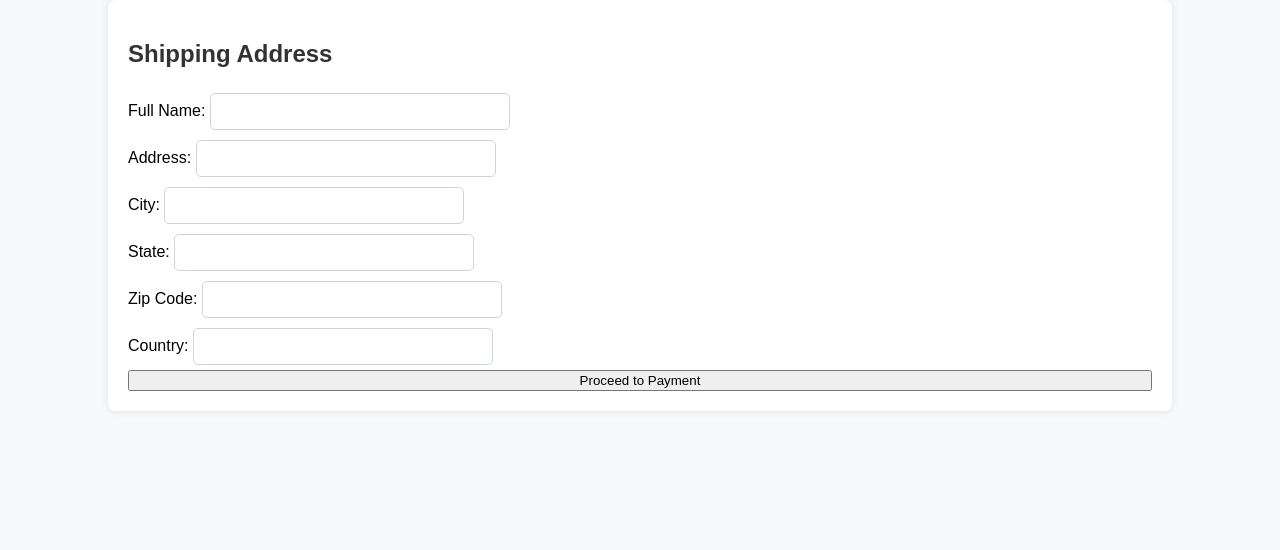
Repository: sairam468/Java-Technologies--Servlet-and-JSP-Programs
Page: http://localhost/SAIBOOK_App/OrderAddress.jsp
The author's editor kept a copy of each file at every save. The page is drawn from the files as they stood at one save, then again after the next save.
The browser window is 1280 px wide. The pictures show the whole page.
The page is served by Tomcat 9.

Above is the page before, as saved 2024-11-02 09:18:38.

### SAIBOOK_App/src/main/webapp/OrderAddress.jsp
<%@ page language="java" contentType="text/html; charset=UTF-8" pageEncoding="UTF-8"%>
<!DOCTYPE html>
<html>
<head>
    <meta charset="UTF-8">
    <title>Order Address</title>
    <link rel="stylesheet" type="text/css" href="styles.css">
</head>
<body>
    <div class="container">
        <h2>Shipping Address</h2>
        <form action="OrderPayment.jsp" method="post">
            <div class="form-group">
                <label for="name">Full Name:</label>
                <input type="text" id="name" name="name" required>
            </div>
            <div class="form-group">
                <label for="address">Address:</label>
                <input type="text" id="address" name="address" required>
            </div>
            <div class="form-group">
                <label for="city">City:</label>
                <input type="text" id="city" name="city" required>
            </div>
            <div class="form-group">
                <label for="state">State:</label>
                <input type="text" id="state" name="state" required>
            </div>
            <div class="form-group">
                <label for="zipcode">Zip Code:</label>
                <input type="text" id="zipcode" name="zipcode" required>
            </div>
            <div class="form-group">
                <label for="country">Country:</label>
                <input type="text" id="country" name="country" required>
            </div>
            <button type="submit" class="btn">Proceed to Payment</button>
        </form>
    </div>
</body>
</html>

### SAIBOOK_App/src/main/webapp/styles.css
/* General styling */
body {
    font-family: 'Arial', sans-serif;
    margin: 0;
    padding: 0;
    background-color: #f8f9fa; /* Light gray background */
}

/* Header styling */
header {
    background-color: #343a40; /* Dark gray */
    color: #ffffff;
    padding: 20px;
    display: flex;
    align-items: center;
    justify-content: center;
    gap: 10px;
}

/* Logo styling */
.logo {
    width: 50px;
    height: auto;
}

/* Navigation styling */
nav {
    margin: 10px 0;
}

nav a {
    margin: 0 15px;
    text-decoration: none;
    color: #007bff; /* Blue */
    padding: 5px 10px;
    border-radius: 5px;
    transition: background-color 0.3s;
}

nav a:hover {
    background-color: rgb(188, 249, 6); /* Blue on hover */
    color: white;
}

nav a:visited {
    color: rgb(128, 0, 255);
}

/* Container styling */
.container {
    width: 80%;
    margin: auto;
    padding: 20px;
    background: white;
    box-shadow: 0 0 10px rgba(0, 0, 0, 0.1);
    border-radius: 8px; /* Rounded corners */
}

/* Heading styling */
h2 {
    color: #333;
}

/* Table styling */
table {
    width: 100%; /* Full-width table */
    border-collapse: collapse;
    color: #333; /* Dark gray text color */
    text-align: center; /* Center all text and images */
}

/* Table cell styling */
th, td {
    padding: 15px;
    text-align: center; /* Center align the content */
    border-bottom: 1px solid #ddd; /* Light gray border */
    vertical-align: middle; /* Vertically center align content */
}

/* Header cell styling */
th {
    background-color: #f2f2f2; /* Light gray background for header */
    font-weight: bold;
}

/* Book image styling */
.book-image {
    width: 100px; /* Fixed width for all book images */
    height: 150px; /* Fixed height for all book images */
    object-fit: cover; /* Ensures the image fits within the specified width and height */
}

/* Center the images in the table cells */
td img {
    display: block;
    margin: 0 auto; /* Center the image horizontally */
}

/* Form styling */
form {
    display: flex;
    flex-direction: column;
}

form input[type="text"],
form input[type="password"],
form input[type="number"],
form input[type="email"],
form input[type="tel"] {
    padding: 10px;
    margin: 5px 0;
    border: 1px solid #ced4da; /* Light gray border */
    border-radius: 5px;
    width: 300px; /* Fixed width for uniform size */
    box-sizing: border-box; /* Ensures padding doesn't affect the width */
}

form input[type="submit"] {
    background-color: #28a745; /* Green */
    color: white;
    border: none;
    padding: 10px;
    cursor: pointer;
    transition: background-color 0.3s;
    width: 100px; /* Adjust width for the submit button if needed */
}

form input[type="submit"]:hover {
    background-color: #218838; /* Darker green */
}

/* Message styling */
.message {
    color: #dc3545; /* Red */
    margin: 10px 0;
}

/* Message styling */
.message {
    color: red; /* Text color for the message */
    margin: 20px auto;
    text-align: center;
    font-weight: bold;
    padding: 10px;
    border: 1px solid #dc3545; /* Optional: red border */
    background-color: #f8d7da; /* Optional: light red background */
    width: 80%; /* Adjust the width as needed */
    border-radius: 5px;
}

### SAIBOOK_App/src/main/webapp/script.js
document.addEventListener("DOMContentLoaded", function() {
    const forms = document.querySelectorAll("form");

    forms.forEach(form => {
        form.addEventListener("submit", function(event) {
            let isValid = true;

            // Validate book price and quantity to be positive numbers
            const price = form.querySelector('input[name="bprice"]');
            const qty = form.querySelector('input[name="bqty"]');

            if (price && (isNaN(price.value) || price.value <= 0)) {
                alert("Please enter a valid positive number for Book Price.");
                isValid = false;
            }

            if (qty && (isNaN(qty.value) || qty.value <= 0)) {
                alert("Please enter a valid positive number for Book Quantity.");
                isValid = false;
            }

            if (!isValid) {
                event.preventDefault(); // Prevent form submission if invalid
            }
        });
    });
});

After the next save:
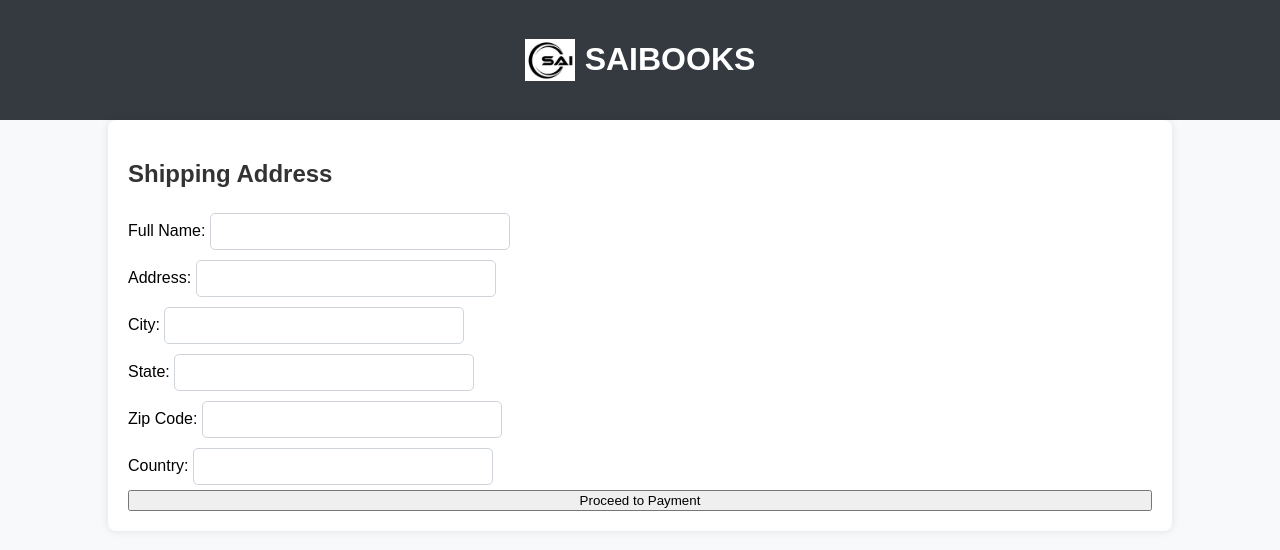
Saved 5 min 50 s later.
--- a/SAIBOOK_App/src/main/webapp/OrderAddress.jsp
+++ b/SAIBOOK_App/src/main/webapp/OrderAddress.jsp
@@ -1,12 +1,17 @@
-<%@ page language="java" contentType="text/html; charset=UTF-8" pageEncoding="UTF-8"%>
+<%@ page language="java" contentType="text/html; charset=UTF-8" pageEncoding="UTF-8" %>
 <!DOCTYPE html>
-<html>
+<html lang="en">
 <head>
     <meta charset="UTF-8">
-    <title>Order Address</title>
+    <title>Order Address - SAIBOOKS</title>
     <link rel="stylesheet" type="text/css" href="styles.css">
+    <link rel="icon" href="images/logo.png" type="image/png">
 </head>
 <body>
+    <header>
+        <img src="images/logo.png" alt="SAIBOOKS Logo" class="logo">
+        <h1>SAIBOOKS</h1>
+    </header>
     <div class="container">
         <h2>Shipping Address</h2>
         <form action="OrderPayment.jsp" method="post">
@@ -37,5 +42,6 @@
             <button type="submit" class="btn">Proceed to Payment</button>
         </form>
     </div>
+    <script src="script.js"></script>
 </body>
 </html>
--- a/SAIBOOK_App/src/main/webapp/styles.css
+++ b/SAIBOOK_App/src/main/webapp/styles.css
@@ -134,7 +134,6 @@
     color: #dc3545; /* Red */
     margin: 10px 0;
 }
-
 /* Message styling */
 .message {
     color: red; /* Text color for the message */
